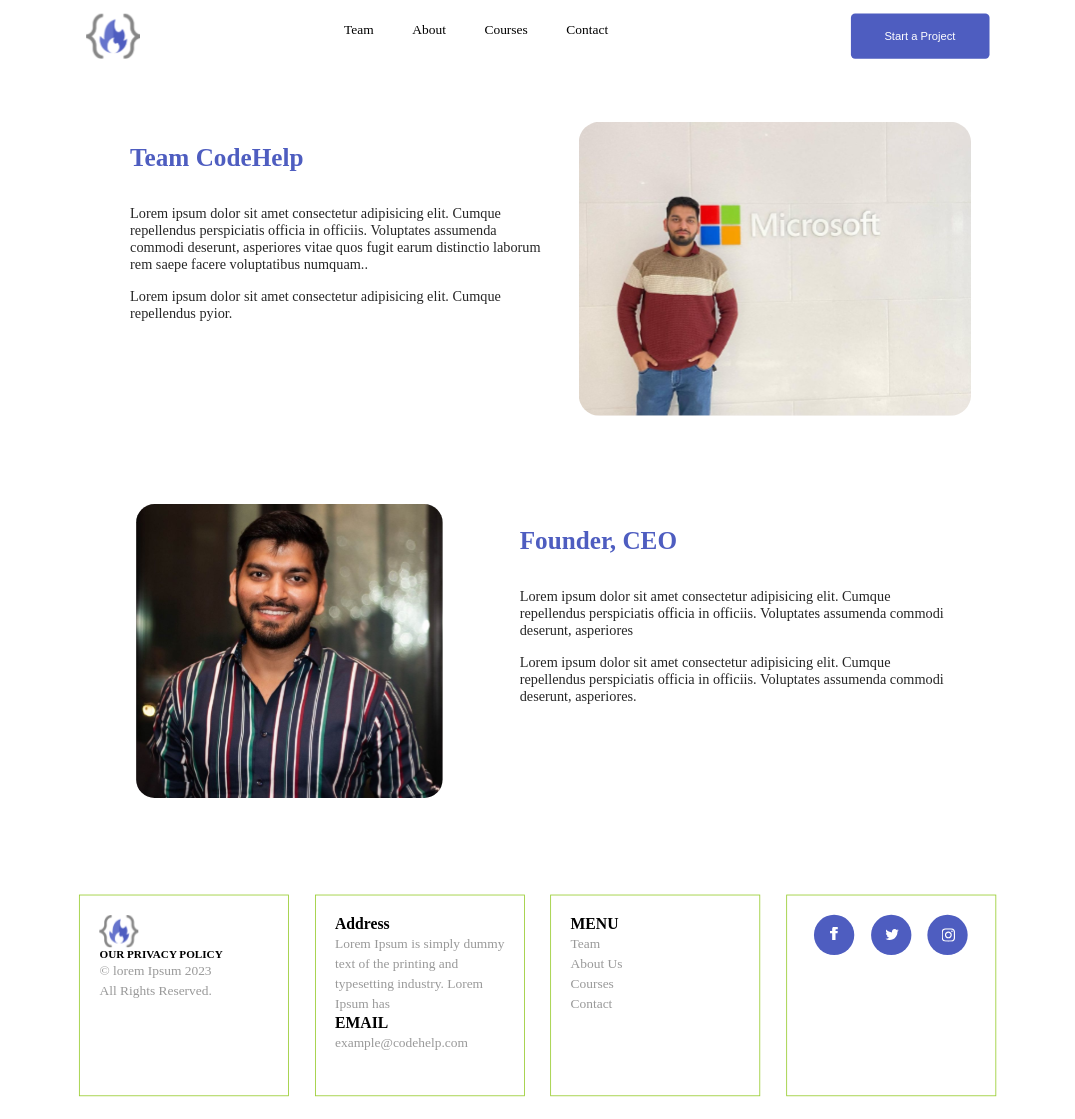
Repository: PraffulPatel27/Codehelp-Mini-Clone
Page: index.html
The author's editor kept a copy of each file at every save. The page is drawn from the files as they stood at one save, then again after the next save.
The browser window is 1280 px wide. The pictures show the whole page, at 84% of full size.

Above is the page before, as saved 2024-02-26 01:21:47.

### index.html
<!DOCTYPE html>
<html lang="en">
<head>
    <meta charset="UTF-8">
    <meta name="viewport" content="width=device-width, initial-scale=1.0">
    <title>Codehelp Website Clone</title>
    <link rel="stylesheet" href="style.css">
    <link rel="icon" href="assets/logo.png" type="image/x-icon">
</head>
<body>

    <div class="wrapper">

        <nav>
            <div class="nav-container">
                <img src="assets/logo.svg" alt="logo" class="logo">

                <div class="nav-links">
                    <p> Team</p>
                    <p> About</p>
                    <p> Courses</p>
                    <p> Contact</p>
                </div>

                <button class="start-btn">Start a Project</button>
            </div>
        </nav>


        <div class="container-1">

            <div class="box" id="main">
                <div class="left-text">
                    <h2> Team CodeHelp </h2>
                    <p> Lorem ipsum dolor sit amet consectetur adipisicing elit. Cumque repellendus perspiciatis officia in officiis. Voluptates assumenda commodi deserunt, asperiores vitae quos fugit earum distinctio laborum rem saepe facere voluptatibus numquam.. </p><br>

                    <p>Lorem ipsum dolor sit amet consectetur adipisicing elit. Cumque repellendus pyior. </p>
                </div>

                <img src="assets/Love_babar_bhaiya_1.svg" alt="image" class="right-image">
            </div>

            <div class="box" id="main-2">
                <img src="assets/Love_babar_bhaiya_2.svg" alt="image" class="right-image">

                <div class="left-text">
                    <h2> Founder, CEO </h2>
                    <p> Lorem ipsum dolor sit amet consectetur adipisicing elit. Cumque repellendus perspiciatis officia in officiis. Voluptates assumenda commodi deserunt, asperiores</p><br>

                    <p>Lorem ipsum dolor sit amet consectetur adipisicing elit. Cumque repellendus perspiciatis officia in officiis. Voluptates assumenda commodi deserunt, asperiores. </p>
                </div>
            </div>

        </div>

    </div>

    <footer>
        <div class="foot-container">

            <div class="main-head-footer-container">
                <div class="ft-box" id="ftb-1">
                    <img src="assets/logo.svg" alt="logo" class="logo">
                    <h5>OUR PRIVACY POLICY</h5>
                    <p>© lorem Ipsum 2023<br>
                        All Rights Reserved.</p>
                </div>

                <div class="ft-box">
                    <h3>Address</h3>
                    <p>Lorem Ipsum is simply dummy text of the printing and typesetting industry. Lorem Ipsum has </p>

                    <h3>EMAIL</h3>
                    <p>example@codehelp.com</p>
                </div>

                <div class="ft-box">
                    <h3>MENU</h3>
                    <p> Team </p>
                    <p> About Us</p>
                    <p> Courses </p>
                    <p> Contact</p>
                </div>

                <div class="ft-box">
                    <div class="social">

                        <div class="img-1">
                            <img src="assets/facebook.svg" alt="facebook">
                        </div>

                        <div class="img-2" id="img-2">
                            <img src="assets/twitter.svg" alt="twitter">
                        </div>

                        <div class="img-3">
                            <img src="assets/instagram.svg" alt="instagram">
                        </div>
                    </div>
                </div>
            </div>

        </div>
    </footer>
</body>
</html>

### style.css
* {
    margin: 0;
    padding: 0;
    box-sizing: border-box;
    font-style: 'Roboto Flex', sans-serif;
}

.wrapper {
    padding-left: 8%;
    padding-right: 8%;
}

.nav-container {
    display: flex;
    justify-content: space-between;
    position: sticky;
    /* border: 1px solid red; */
    margin-bottom: 4%;
}

.nav-container img {
    padding-top: 1.5%;
    width: 6%;
}

.nav-container button {
    width: 165px;
    height: 54px;
    margin-top: 1.5%;
    background: #4E5DC0;
    border-radius: 5px;
    color: #fff;
    border: none;
}

.nav-links {
    display: flex;
    justify-content: space-evenly;
    justify-content: center;
    align-items: center;
    /* list-style-type: none; */
}

.nav-links p {
    margin-right: 26%;
}

.container-1 {
    height: 885px;
    margin-bottom: 5%;
    /* border: 1px solid green; */
    display: grid;

    grid-template-rows: 1fr 1fr;
    grid-template-columns: 1fr;
    grid-gap: 25px;

    grid-template-areas:
    "main"
    "main2";
}

.box {
    /* border: 2px solid red; */
    /* background-color: antiquewhite; */

}
#main {
    grid-area: main;
    padding: 3% 2% 3% 2%;

    display: flex;
    justify-content: space-between;
}
#main img {
    width: 480px;
    height: 350px;
}
.left-text {
    padding-top: 2.5%;

    /* advanced width  */
    flex-basis: 550px;
    height: 350px;
    margin-right: 3%;
    margin-left: 3%;
    /* border: 2px solid blue; */
}
.left-text h2 {
    color: #4E5DC0;
    font-size: 30px;
    margin-bottom: 8%;
}
.left-text p {
    color: #000000;
    font-size: 17px;
    opacity: 0.85;
}

#main-2 {
    grid-area: main2;
    padding: 3% 2% 3% 0%;

    display: flex;
    justify-content: space-between;
}
#main-2 img {
    width: 527px;
    height: 350px;
}



 /* footer start here */
/* .foot-container {
    height: 280px;
    border: 2px solid brown;
    padding-left: 5%;
    padding-right: 5%;

    display: grid;
    grid-template-columns: repeat(4, 1fr);
    grid-template-rows: 1fr;
    justify-content: space-evenly;
} */
.foot-container {
    min-height: 280px;
    /* border: 2px solid brown; */
    padding-left: 5%;
    padding-right: 5%;
    padding-top: 1%;
    padding-bottom: 1%;
}

.main-head-footer-container {
    /* border: 2px solid yellow; */
    display: flex;
    flex-wrap: wrap;
    justify-content: space-evenly;
}

.ft-box {
    border: 1px solid yellowgreen;
    padding: 2%;
    width: 250px;
    height: 240px;
}

#ftb-1 {
    display: flex;
    flex-direction: column;
    justify-content: flex-start;
}
#ftb-1 img {
    width: 23%;
}

.main-head-footer-container p {
    color: rgba(153, 153, 153, 1);
    font-weight: 500;
    font-family: Raleway;
    line-height: 24px;
    letter-spacing: 0px;
    text-align: left;
}

.social {
    display: flex;
    justify-content: space-around;
    /* align-items: center; */
    /* border: 1px solid red; */
    /* margin-top: 5%; */
}

.img-1 {
    width: 48px;
    height: 48px;
    background-color: #4E5DC0;
    border-radius: 50%;
}
.img-1 img {
    padding-top: 30%;
    padding-left: 40%;
}

.img-2 {
    width: 48px;
    height: 48px;
    background-color: #4E5DC0;
    border-radius: 50%;
}
.img-2 img {
    padding-top: 36%;
    padding-left: 36%;
}

.img-3 {
    width: 48px;
    height: 48px;
    background-color: #4E5DC0;
    border-radius: 50%;
}
.img-3 img {
    padding-top: 33%;
    padding-left: 35%;
}

After the next save:
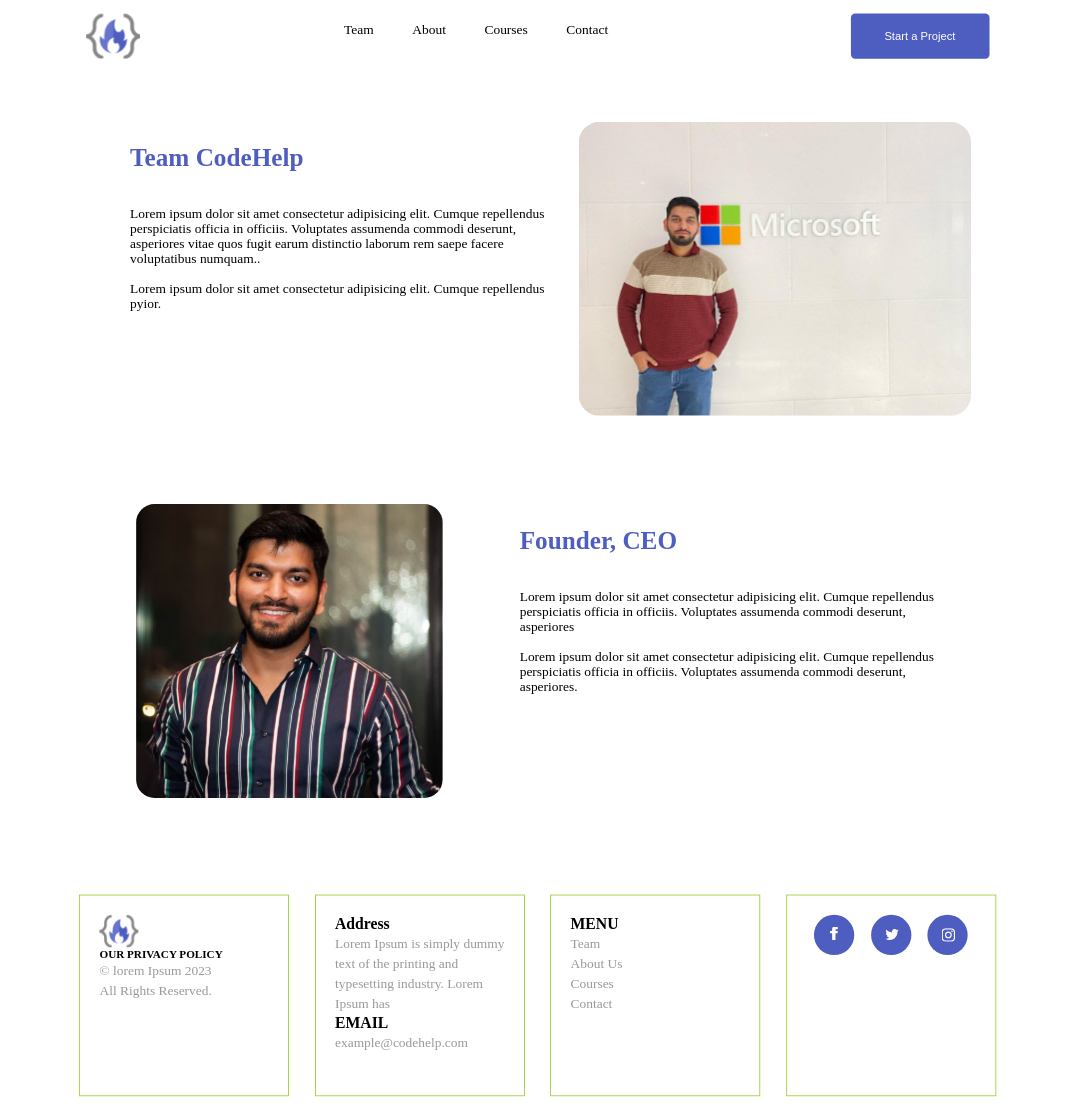
Saved 22 s later.
--- a/style.css
+++ b/style.css
@@ -92,9 +92,9 @@
     margin-bottom: 8%;
 }
 .left-text p {
-    color: #000000;
+    /* color: #000000;
     font-size: 17px;
-    opacity: 0.85;
+    opacity: 0.85; */
 }
 
 #main-2 {
